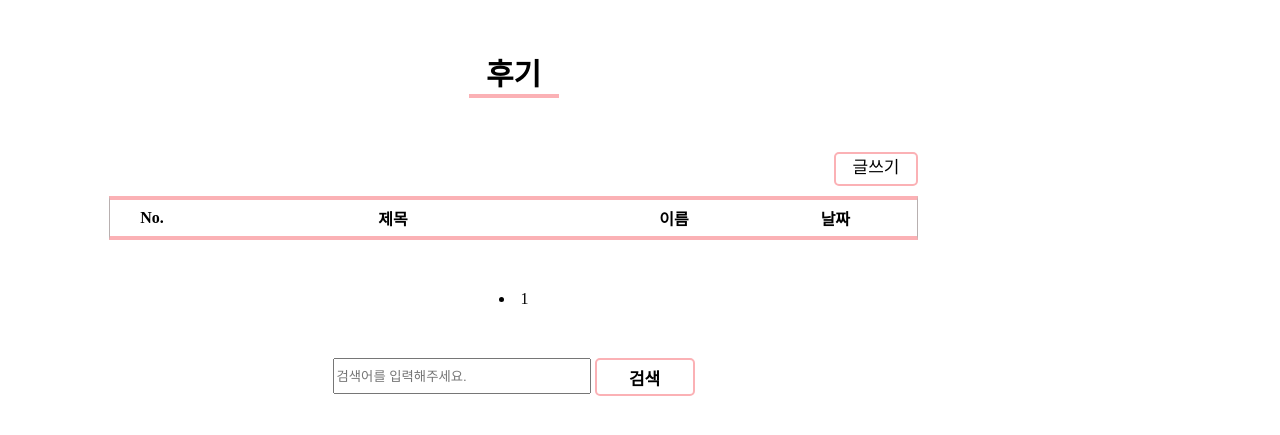
Repository: seugju/HSDsemi
Page: http://localhost/studioMood/postList?reqPage=1
These files come from the project's save history. The page is drawn as it stood at one moment and after the next save; the edit follows.
The browser window is 1280 px wide. The pictures show the whole page.
The page is served by Tomcat 9. Other server files are loaded and not shown. Queries for data that is not in the repository find no rows.

Above is the page before, as saved 2020-11-25 06:39:41.

### project-workspace/studioMood/WebContent/WEB-INF/views/post/postList.jsp
<%@page import="member.model.vo.Member"%>
<%@page import="java.util.ArrayList"%>
<%@page import="post.model.vo.Post"%>
<%@ page language="java" contentType="text/html; charset=UTF-8"
    pageEncoding="UTF-8"%>
    <%
    ArrayList<Post> list = (ArrayList<Post>)request.getAttribute("list");
    String pageNavi = (String)request.getAttribute("pageNavi");
    Member m = (Member)session.getAttribute("member");
    %>
<!DOCTYPE html PUBLIC "-//W3C//DTD HTML 4.01 Transitional//EN" "http://www.w3.org/TR/html4/loose.dtd">
<html>
<head>
<meta http-equiv="Content-Type" content="text/html; charset=UTF-8">
<title>Insert title here</title>
   <style>
        .content{
            width: 80%;

        }
        .content *{
            margin: 0 auto;
        }
        .pink{
            margin-top: 50px;
            width: 90px;
            text-align: center;
            font-weight: bold;
            font-size: 30px;
            border-bottom: 4px solid #FBB1B5;
        }
         .post-table>tbody>tr>td{
            border-top: 1px solid #b8b0b0;
        }
        .post-table{
            width: 80%;
            border-top: 4px solid #FBB1B5;
            border-left: 1px solid #b8b0b0;
            border-bottom: 4px solid #FBB1B5;
            border-right: 1px solid #b8b0b0;
        }
        .post-table>tbody>tr>td{
         text-align: center;
        }
       .post-table>tbody>tr>td>a{
       text-decoration: none;
            color: black;

       }
        .post-table>tbody>tr>th{
        height : 30px;
        }
       .write>a{
            text-decoration: none;
            color: black;
            display: inline-block;
            width: 80px;
            height: 30px;
            line-height: 28px;
            font-size: 17px;
            text-align: center;
            background-color: white;
            border: 2px solid #FBB1B5;
            border-radius: 5px;
        }
        .write{
            width: 80%;
            text-align: right;
            margin-bottom: 10px;
        }
        .post{
            width: 80%;
            text-align: center;
        }
        .search-text{
            width: 250px;
            height: 30px;
        }
        .btn-post{
            vertical-align:middle;
            width: 100px;
            height: 38px;
            font-weight: bold;
            font-size: 17px;
            background-color: white;
            border: 2px solid #FBB1B5;
            border-radius: 5px;
        }
        #pageNavi{
            text-align: center;
            margin: 50px;
        }
    </style>
</head>
<body>
  <div class="content">
   <section>
       <div class="pink">후기</div>
       <br>
       <br>
       <br>

       <%//if(m!=null && m.getMemberLevel()==1) {%>
       <div class="write">
       <a href="/postWriterFrm" class="write-btn">글쓰기</a>
       </div>
       <%//} %>
       <table class="post-table">
           <tr>
               <th width="10%">No.</th>
               <th width="50%">제목</th>
               <th width="20%;">이름</th>
               <th width="20%;">날짜</th>
           </tr>
           <%for(Post p : list) {%>
          <tr>
               <td><%=p.getpNum() %></td>
               <td><a href="/postView?postNo=<%=p.getPostNo()%>"><%=p.getPostTitle() %></a></td>
               <td><%=p.getPostWriter() %></td>
               <td><%=p.getPDate() %></td>
           </tr>
           <%} %>
       </table>
       <div id="pageNavi"><%=pageNavi %></div>
       <div class="post">
       <form action="/searchKeyword" method="get" id="search">
       <input type="text" placeholder="검색어를 입력해주세요." class="search-text">
       <input type="submit" value="검색" class="btn-post">
       </form>
       </div>
   </section>
    </div>
</body>
</html>

### project-workspace/studioMood/src/post/controller/PostListServlet.java
package post.controller;

import java.io.IOException;

import javax.servlet.RequestDispatcher;
import javax.servlet.ServletException;
import javax.servlet.annotation.WebServlet;
import javax.servlet.http.HttpServlet;
import javax.servlet.http.HttpServletRequest;
import javax.servlet.http.HttpServletResponse;

import post.model.service.PostService;
import post.model.vo.PostPageData;

/**
 * Servlet implementation class PostListServlet
 */
@WebServlet(name = "PostList", urlPatterns = { "/postList" })
public class PostListServlet extends HttpServlet {
	private static final long serialVersionUID = 1L;

    /**
     * @see HttpServlet#HttpServlet()
     */
    public PostListServlet() {
        super();
        // TODO Auto-generated constructor stub
    }

	/**
	 * @see HttpServlet#doGet(HttpServletRequest request, HttpServletResponse response)
	 */
	protected void doGet(HttpServletRequest request, HttpServletResponse response) throws ServletException, IOException {
		//1. 인코딩
		request.setCharacterEncoding("utf-8");
		//2. view에서 ~~
		int reqPage = Integer.parseInt(request.getParameter("reqPage"));
		//3.비지니스 로직
		PostPageData ppd = new PostService().selectList(reqPage);
		//4. 결과처리
		RequestDispatcher rd = request.getRequestDispatcher("/WEB-INF/views/post/postList.jsp");
		request.setAttribute("list", ppd.getList());
		request.setAttribute("pageNavi", ppd.getPageNavi());
		rd.forward(request, response);
	}

	/**
	 * @see HttpServlet#doPost(HttpServletRequest request, HttpServletResponse response)
	 */
	protected void doPost(HttpServletRequest request, HttpServletResponse response) throws ServletException, IOException {
		// TODO Auto-generated method stub
		doGet(request, response);
	}

}

### project-workspace/studioMood/src/post/model/service/PostService.java
package post.model.service;

import java.sql.Connection;
import java.sql.ResultSet;
import java.util.ArrayList;

import org.apache.tomcat.dbcp.dbcp2.Jdbc41Bridge;

import common.JDBCTemplate;
import post.model.dao.PostDao;
import post.model.vo.Post;
import post.model.vo.PostComment;
import post.model.vo.PostPageData;
import post.model.vo.PostViewData;

public class PostService {

	public PostPageData selectList(int reqPage) {
		Connection conn = JDBCTemplate.getConnection();
		PostDao dao = new PostDao();
		int totalCount = dao.totalCount(conn);
		int numPerPage = 20;
		int totalPage = 0;
		if(totalCount%numPerPage == 0) {
			totalPage = totalCount / numPerPage;
		}else {
			totalPage = totalCount/ numPerPage+1;
		}
		int start = (reqPage-1)*numPerPage +1;
		int end = reqPage*numPerPage;

		ArrayList<Post> list = new PostDao().selectList(conn,start,end);

		int pageNaviSize = 5;
		String pageNavi="";

		int pageNo = reqPage-2;
		if(reqPage <=3) {
			pageNo=1;
		}else if(pageNo>totalPage-4){
			pageNo = totalPage-4;
		}
		if(pageNo != 1) {
			pageNavi += "<li class='page-item'><a class='page-link' href='/postList?reqPage="+(pageNo-1)+"'>이전</a></li>";
		}
		for(int i=0; i<pageNaviSize;i++) {
			if(reqPage == pageNo) {
				pageNavi += "<li class='page-item'><span class='selectPage page-link'>"+pageNo+"</spna></li>";
			}else {
				pageNavi +="<li class='page-item'><a class='page-link' href='/postList?reqPage="+pageNo+"'>"+pageNo+"</a></li>";
			}
			pageNo++;
			if(pageNo > totalPage) {
				break;
			}
		}
		if(pageNo <= totalPage) {
			pageNavi += "<li class='page-item'><a class='page-link' href='/postList?reqPage="+pageNo+"'>다음</a></li>";
		}
		PostPageData ppd = new PostPageData(list, pageNavi);
		JDBCTemplate.close(conn);
		//여기만큼씩
		//할수있죠??글쎄요... 해볼게요일단...ㅠㅠㅠㅠㄴ ㅇㅇ 이미 다른거만들어져있어서 어디에 뭐가필요한지정리마하면될것같아요
		//네ㅠㅠ
		return ppd;
	}

	public int insertPost(Post p) {
		Connection conn = JDBCTemplate.getConnection();
		int result = new PostDao().insertPost(conn, p);
		if(result>0) {
			JDBCTemplate.commit(conn);
		}else {
			JDBCTemplate.rollback(conn);
		}
		JDBCTemplate.close(conn);
		return result;
	}

	public int updatePost(Post p) {
		Connection conn = JDBCTemplate.getConnection();
		int result = new PostDao().updatePost(conn, p);
		if(result>0) {
			JDBCTemplate.commit(conn);
		}else {
			JDBCTemplate.rollback(conn);
		}
		JDBCTemplate.close(conn);
		return result;
	}

	public Post selectOnePost(int postNo) {
		Connection conn = JDBCTemplate.getConnection();
		Post p = new PostDao().selectPost(conn, postNo);
		if(p != null) {
			JDBCTemplate.commit(conn);
		}else {
			JDBCTemplate.rollback(conn);
		}
		JDBCTemplate.close(conn);
		return p;
	}

	public PostViewData selectPostView(int postNo) {
		Connection conn = JDBCTemplate.getConnection();
		Post p = new PostDao().selectPost(conn, postNo);
		ArrayList<PostComment> list = new PostDao().selectPostCommentlist(conn, postNo);
		JDBCTemplate.close(conn);
		PostViewData pvd = new PostViewData(p, list);
		return pvd;
	}

	public int deletePost(int postNo) {
		Connection conn = JDBCTemplate.getConnection();
		int result = new PostDao().deletePost(conn, postNo);
		if(result>0) {
			JDBCTemplate.commit(conn);
		}else {
			JDBCTemplate.rollback(conn);
		}
		JDBCTemplate.close(conn);
		return result;
	}

	public int insertPostComment(PostComment pc) {
		Connection conn = JDBCTemplate.getConnection();
		int result = new PostDao().insertPostComment(conn, pc);
		if(result>0) {
			JDBCTemplate.commit(conn);
		}else {
			JDBCTemplate.rollback(conn);
		}
		JDBCTemplate.close(conn);
		return result;
	}

	public int postCommentUpdate(int postCommentNo, String postCommentContent) {
		Connection conn = JDBCTemplate.getConnection();
		int result = new PostDao().postCommentUpdate(conn, postCommentNo, postCommentContent);
		if(result>0) {
			JDBCTemplate.commit(conn);
		}else {
			JDBCTemplate.rollback(conn);
		}
		JDBCTemplate.close(conn);
		return result;
	}

	public int postCommentDelete(int postCommentNo) {
		Connection conn = JDBCTemplate.getConnection();
		int result = new PostDao().postCommentDelete(conn, postCommentNo);
		if(result>0) {
			JDBCTemplate.commit(conn);
		}else {
			JDBCTemplate.rollback(conn);
		}
		JDBCTemplate.close(conn);
		return result;
	}

	public PostPageData postSearchKeyword(int reqPage, String keyword, String type) {
		Connection conn = JDBCTemplate.getConnection();
		ArrayList<Post> list = null;
		PostPageData ppd = null;
		if(type.equals("postTitle")) {
			System.out.println("제목으로 검");
			//여기서 제목으로 검색할 때 필요한거 전부다 제작(totalCount, ArrayList<Post>, pageNavi)
			//여기 한영이안되네 -> 여기 이프, 엘스이프가 다 리스트구하는 만큼씩 나올꺼에요
			int totalCount = new PostDao().searchTitleCount(conn, keyword);
			int numPerPage = 20;
			int totalPage = 0;
			if(totalCount%numPerPage == 0) {
				totalPage = totalCount / numPerPage;
			}else {
				totalPage = totalCount/ numPerPage+1;
			}
			int start = (reqPage-1)*numPerPage +1;
			int end = reqPage*numPerPage;

			ArrayList<Post> titlelist = new PostDao().searchTitleList(conn,start,end, keyword);
			for(Post p : titlelist) {
				System.out.println(1);
				System.out.println(p.getPDate());
			}
			int pageNaviSize = 5;
			String pageNavi="";

			int pageNo = reqPage-2;
			if(reqPage <=3) {
				pageNo=1;
			}else if(pageNo>totalPage-4){
				pageNo = totalPage-4;
			}
			if(pageNo != 1) {
				pageNavi += "<li class='page-item'><a class='page-link' href='/postSearchKeyword?reqPage="+(pageNo-1)+"&type=postTitle&keyword="+keyword+"'>이전</a></li>";
			}
			for(int i=0; i<pageNaviSize;i++) {
				if(reqPage == pageNo) {
					pageNavi += "<li class='page-item'><span class='selectPage page-link'>"+pageNo+"</spna></li>";
				}else {
					pageNavi +="<li class='page-item'><a class='page-link' href='/postSearchKeyword?reqPage="+pageNo+"&type=postTitle&keyword="+keyword+"'>"+pageNo+"</a></li>";
				}
				pageNo++;
				if(pageNo > totalPage) {
					break;
				}
			}
			if(pageNo <= totalPage) {
				pageNavi += "<li class='page-item'><a class='page-link' href='/postSearchKeyword?reqPage="+pageNo+"&type=postTitle&keyword="+keyword+"'>다음</a></li>";
			}
			ppd = new PostPageData(titlelist, pageNavi);
		}else if(type.equals("postWriter")) {
			System.out.println("writer");
			//여기서 작성자로 검색할 때 필요한거 전부다 제작(totalCount, ArrayList<Post>, pageNavi)
			int totalCount = new PostDao().searchWriterCount(conn, keyword);
			int numPerPage = 20;
			int totalPage = 0;
			if(totalCount%numPerPage == 0) {
				totalPage = totalCount / numPerPage;
			}else {
				totalPage = totalCount/ numPerPage+1;
			}
			int start = (reqPage-1)*numPerPage +1;
			int end = reqPage*numPerPage;

			ArrayList<Post> writerlist = new PostDao().searchWriterList(conn,start,end, keyword);
			int pageNaviSize = 5;
			String pageNavi="";

			int pageNo = reqPage-2;
			if(reqPage <=3) {
				pageNo=1;
			}else if(pageNo>totalPage-4){
				pageNo = totalPage-4;
			}
			if(pageNo != 1) {
				pageNavi += "<li class='page-item'><a class='page-link' href='/postSearchKeyword?reqPage="+(pageNo-1)+"&type=postWriter&keyword="+keyword+"'>이전</a></li>";
			}
			for(int i=0; i<pageNaviSize;i++) {
				if(reqPage == pageNo) {
					pageNavi += "<li class='page-item'><span class='page-link selectPage'>"+pageNo+"</spna></li>";
				}else {
					pageNavi +="<li class='page-item'><a class='page-link' href='/postSearchKeyword?reqPage="+pageNo+"&type=postWriter&keyword="+keyword+"'>"+pageNo+"</a></li>";
				}
				pageNo++;
				if(pageNo > totalPage) {
					break;
				}
			}
			if(pageNo <= totalPage) {
				pageNavi += "<li class='page-item'><a class='page-link' href='/postSearchKeyword?reqPage="+pageNo+"&type=postWriter&keyword="+keyword+"'>다음</a></li>";
			}
			ppd = new PostPageData(writerlist, pageNavi);
		}
		JDBCTemplate.close(conn);
		return ppd;
	}


}

### project-workspace/studioMood/src/common/JDBCTemplate.java
package common;

import java.sql.Connection;
import java.sql.DriverManager;
import java.sql.ResultSet;
import java.sql.SQLException;
import java.sql.Statement;

//데이터베이스 코드 중 중복부분 처리 클래스 제작
//싱글톤(singleTon) : 클래스에 대한 객체가 포로그램 구동내내 한개만 작성되어 모두 공유하여 사용하는 디자인 패턴

public class JDBCTemplate {

	//리턴타입을 static으로 지정

	//1. Driver등록, Connection객체 생성 --------------------------------------------------------------
	public static Connection getConnection() {
		Connection conn = null;
		try {
			Class.forName("oracle.jdbc.driver.OracleDriver");
			conn = DriverManager.getConnection("jdbc:oracle:thin:@1.220.236.74:15213:xe","HSDsemi","1234");

			//자동 오토 커밋이 설정되어있다.
			conn.setAutoCommit(false); //자동 커밋 설정 해지

		} catch (ClassNotFoundException e) {
			// TODO Auto-generated catch block
			e.printStackTrace();
		} catch (SQLException e) {
			// TODO Auto-generated catch block
			e.printStackTrace();
		}
		return conn;
	}


	//2. Connection Close --------------------------------------------------------------------
	//같은 메소드명(close) - 다른 매개변수 : 오버로딩
	public static void close(Connection conn) {
		try {
			if(conn != null && !conn.isClosed()) { //값이 null이 아니면서 닫혀있지 않을 때
				conn.close();
			}

		} catch (SQLException e) {
			// TODO Auto-generated catch block
			e.printStackTrace();
		}
	}


	//같은 메소드명(close) - 다른 매개변수 : 오버로딩
	public static void close(Statement stmt) {
		try {
			if(stmt != null && !stmt.isClosed()) { ////값이 null이 아니면서 닫혀있지 않을 때
				stmt.close();
			}
		} catch (SQLException e) {
			// TODO Auto-generated catch block
			e.printStackTrace();
		}
	}

	//PreparedStatement는 만들지 않아도 된다. 다형성에 의해 Statement로 처리된다.


	//같은 메소드명(close) - 다른 매개변수 : 오버로딩
	public static void close(ResultSet rset) {
		try {
			if (rset != null && !rset.isClosed()) { // 값이 null이 아니면서 닫혀있지 않을 때
				rset.close();
			}
		} catch (SQLException e) {
			// TODO Auto-generated catch block
			e.printStackTrace();
		}
	}


	//3. commit, rollback ---------------------------------------------------------------
	public static void commit(Connection conn) {
		try {
			if(conn != null && !conn.isClosed()) {
				conn.commit();
			}
		} catch (SQLException e) {
			// TODO Auto-generated catch block
			e.printStackTrace();
		}
	}

	public static void rollback(Connection conn) {
		try {

			if(conn != null && !conn.isClosed()) {
				conn.rollback();
			}

		} catch (SQLException e) {
			// TODO Auto-generated catch block
			e.printStackTrace();
		}
	}


}

### project-workspace/studioMood/src/post/model/vo/PostPageData.java
package post.model.vo;

import java.util.ArrayList;

public class PostPageData {
	private ArrayList<Post> list;
	private String pageNavi;
	public PostPageData() {
		super();
		// TODO Auto-generated constructor stub
	}
	public PostPageData(ArrayList<Post> list, String pageNavi) {
		super();
		this.list = list;
		this.pageNavi = pageNavi;
	}
	public ArrayList<Post> getList() {
		return list;
	}
	public void setList(ArrayList<Post> list) {
		this.list = list;
	}
	public String getPageNavi() {
		return pageNavi;
	}
	public void setPageNavi(String pageNavi) {
		this.pageNavi = pageNavi;
	}

}

Loaded but not shown: project-workspace/studioMood/src/post/model/dao/PostDao.java (409 lines, source omitted)

After the next save:
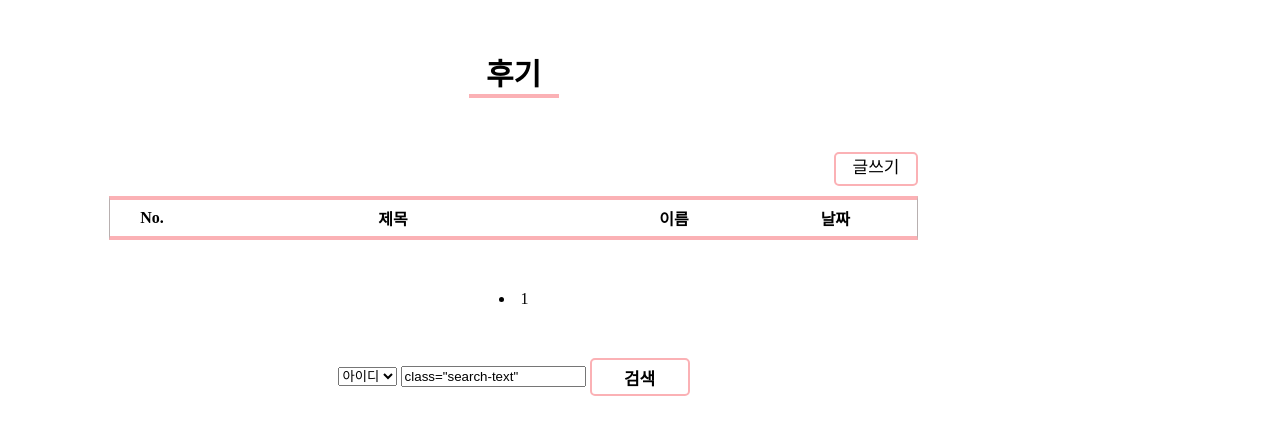
Saved 17 min 36 s later.
--- a/project-workspace/studioMood/WebContent/WEB-INF/views/post/postList.jsp
+++ b/project-workspace/studioMood/WebContent/WEB-INF/views/post/postList.jsp
@@ -7,6 +7,14 @@
     ArrayList<Post> list = (ArrayList<Post>)request.getAttribute("list");
     String pageNavi = (String)request.getAttribute("pageNavi");
     Member m = (Member)session.getAttribute("member");
+    String keyword = (String)request.getAttribute("keyword");
+    if(keyword == null){
+    	keyword="";
+    }
+    String type = (String)request.getAttribute("type");
+    if(type == null){
+    	type = "memberId";
+    }
     %>
 <!DOCTYPE html PUBLIC "-//W3C//DTD HTML 4.01 Transitional//EN" "http://www.w3.org/TR/html4/loose.dtd">
 <html>
@@ -123,8 +131,17 @@
        </table>
        <div id="pageNavi"><%=pageNavi %></div>
        <div class="post">
-       <form action="/searchKeyword" method="get" id="search">
-       <input type="text" placeholder="검색어를 입력해주세요." class="search-text">
+       <form action="/searchKeyword">
+       <select name="type">
+       <%if(type.equals("memberId")) {%>
+       <option value="memberId" selected>아이디</option>
+       <option value="postTitle">제목</option>
+       <%}else if(type.equals("postTitle")) {%>
+       <option value="postTitle" selected>제목</option>
+       <option value="memberId">아이디</option>
+       <%} %>
+       </select>
+       <input type="text" placeholder="검색어를 입력해주세요." name ="keyword" value = <%=keyword %> class="search-text">
        <input type="submit" value="검색" class="btn-post">
        </form>
        </div>
